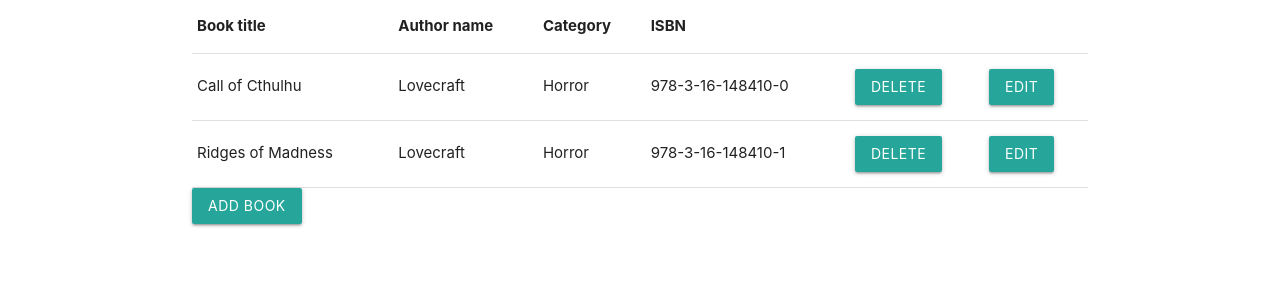
Repository: AlexanderBil/bookShalf
Page: /
An editor plug-in stored every save of this project. The page is shown before and after the next save, followed by the edit.
The browser window is 1280 px wide. The pictures show the whole page.
The project was rebuilt for these pictures with package versions that can differ from the ones it lists, and the page was loaded fresh each time. Also part of the build but not shown: src/components/AddBook.js, src/components/Edit.js, src/components/Modal.css.

Above is the page before, as saved 2021-06-27 20:17:01.

### public/index.html
<!DOCTYPE html>
<html lang="en">
  <head>
    <meta charset="utf-8" />
    <link rel="icon" href="%PUBLIC_URL%/favicon.ico" />
    <meta name="viewport" content="width=device-width, initial-scale=1" />
    <meta name="theme-color" content="#000000" />
    <meta
      name="description"
      content="Web site created using create-react-app"
    />
    <link rel="apple-touch-icon" href="%PUBLIC_URL%/logo192.png" />

    <link rel="manifest" href="%PUBLIC_URL%/manifest.json" />
    <link rel="stylesheet" href="https://cdnjs.cloudflare.com/ajax/libs/materialize/1.0.0/css/materialize.min.css">


    <title>React Book App</title>
  </head>
  <body>
    <noscript>You need to enable JavaScript to run this app.</noscript>
    <div id="root"></div>

  </body>
</html>

### src/index.css
body {
  margin: 0;
  font-family: -apple-system, BlinkMacSystemFont, 'Segoe UI', 'Roboto', 'Oxygen',
    'Ubuntu', 'Cantarell', 'Fira Sans', 'Droid Sans', 'Helvetica Neue',
    sans-serif;
  -webkit-font-smoothing: antialiased;
  -moz-osx-font-smoothing: grayscale;
}

/* .edit, .delete{
  margin: 15px 5px;
  display: table-cell;
  text-align: left;
  vertical-align: middle;
} */

### src/App.js
import {BrowserRouter as Router, Route, Switch, useHistory} from 'react-router-dom';
import {useState, useEffect} from 'react';

import {ListBook} from './components/ListBook';
import {AddBook} from './components/AddBook';
import {Edit} from './components/Edit'
import {Modal} from "./components/Modal"


function App() {
  const [books, setBooks] = useState([]);        // для компонента ListBook
  const [booksEdit, setBooksEdit] = useState({}) // для компонента Edit
  const [modal, setModal] = useState(false);

  const [dataform, setDataform] = useState({     // дял компонента AddBook
    name: '',
    author: '',
    category: '',
    isbn: '',
    id: 0,
  })

//заносим данні в books
useEffect(() => {
  fetch('./db.json')
  .then(data => data.json())
  .then(data => setBooks(data))
}, []);


// функція що заносить в стейт dataform, данні з форми компонента AddBook
const handleSubmit = (e) => {
  setDataform({...dataform, [e.target.name]: e.target.value})
}

// функція що заносить в стейт editForm, данні які ми міняєм в edit
const handleEdit = (e) => {
  setBooksEdit({...booksEdit, [e.target.name]: e.target.value})
}


// функція додавання книги для компонента AddBook
const addbook = () => {
  dataform.id = books.length+1;
  setBooks([...books, dataform])

  setModal(!modal)
}


// функція для створення редагування (по кліку на Edit заносим в стейт booksEdit книгу яка спывпадаэ з id кнопки)
  const editItem = (e) => {
   books.map(item => {
      if(item.id == e.target.id){
           setBooksEdit(item)
      }
    })
  }

// функція яка обнуляє стейт booksEdit при натисненні кнопки Back в компоненті Edit
  const deletetItem = () => {
    setBooksEdit({})
  }

// функція яка зберігає редаговані дані
const saveEditBook = () =>{
  let mas = []
  books.map (item => {
    if(item.id == booksEdit.id){
      mas.push(item = booksEdit)
    }
    if(item.id != booksEdit.id){
      mas.push(item)
    }
  })
  setBooks(mas)

  setModal(!modal)
}


  return (
    <>
    <Router>
      <main className = "container">
        <Switch>
          <Route exact path = '/' render = {() => <ListBook books = {books} editItem = {editItem} />}/>
          <Route  path = '/addbook' render = { () => <AddBook handleSubmit = {handleSubmit} addbook = {addbook} books = {books} /> }/>
          <Route  path = '/edit' render = {() => <Edit booksEdit = {booksEdit} deletetItem = {deletetItem} handleEdit = {handleEdit} saveEditBook ={saveEditBook} />}/>

        </Switch>
        <Modal modal={modal} />
      </main>
    </Router>

  </>
  );
}

export default App;

### src/components/ListBook.js
import {useState, useEffect} from 'react';
import {Link} from 'react-router-dom';

function ListBook(props){

  const {books, editItem} = props;
  const [booksList, setBooksList] = useState([]);

// кладем в стейт booksList, книги
  useEffect(() => {
    setBooksList(books)
  }, [books]);

   // функція видалення книги
  const removeItem = (e) => {
    setBooksList(booksList.filter(item => item.id != e.target.id))
  }


    return (
        <div className = 'dashboard'>

     <table className = "responsive-table">
        <thead className = "centered">
          <tr>
              <th>Book title</th>
              <th>Author name</th>
              <th>Category</th>
              <th>ISBN</th>
          </tr>
        </thead>

          {booksList.map(item =>
             <tbody key = {item.id} className = "centered">
                <tr >
                  <td>{item.name}</td>
                  <td>{item.author}</td>
                  <td>{item.category}</td>
                  <td>{item.isbn}</td>
                  <td><button onClick = {removeItem} className = "btn delete" id = {item.id}>Delete</button></td>
                  <td><Link to = '/edit'><button onClick = {editItem}  className = "btn edit" id = {item.id}>Edit</button></Link></td>
                </tr>
          </tbody>
          )}
     </table>
       <Link to = '/addbook'> <button className = "btn">Add Book</button> </Link>
       </div>
    )
  }
  export {ListBook}

### src/components/Modal.js
import {useState, useEffect} from 'react';
import {Link} from 'react-router-dom';
import React from "react";
import './Modal.css';

function Modal (props) {
  const {modal} = props;
  const [close, setClose] = useState(true);

  useEffect(() => {
    setClose(modal)
  }, [modal])

  function closeModal(){
    setClose(!close)
  }
  return(
    close && (
    <div className = "myModal">
        <div className = "overlay"></div>
          <div className = "modal-content">
            <div className = "modal-content-center">
                <div className = "title">Change complited</div>
                <Link to = '/'> <button className = "btn close" onClick={closeModal}>Close</button> </Link>
            </div>
        </div>
    </div>
    )
  )
}

export {Modal}

### public/db.json
 [{
        "id": 1,
        "name": "Call of Cthulhu",
        "author": "Lovecraft",
        "category": "Horror",
        "isbn": "978-3-16-148410-0"
    }, {
        "id": 2,
        "name": "Ridges of Madness ",
        "author": "Lovecraft",
        "category": "Horror",
        "isbn": "978-3-16-148410-1"
    }
]

Loaded but not shown: src/index.js (common file)

After the next save:
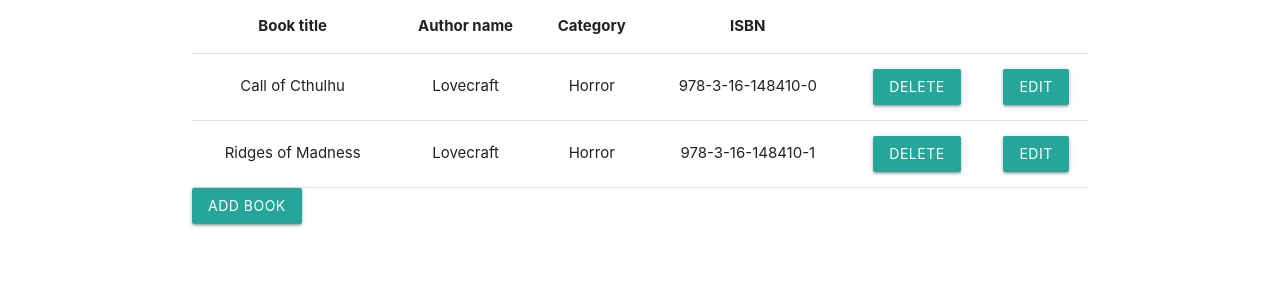
Saved 7 s later.
--- a/src/components/ListBook.js
+++ b/src/components/ListBook.js
@@ -20,7 +20,7 @@
     return (
         <div className = 'dashboard'>
 
-     <table className = "responsive-table">
+     <table className = "centered">
         <thead className = "centered">
           <tr>
               <th>Book title</th>

After the 6 saves that followed:
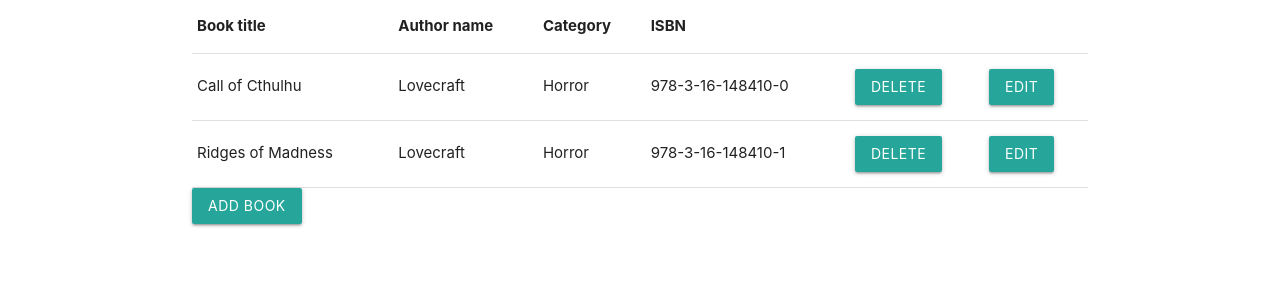
The 6 saves are shown as one change because 4 left the picture as it was and some came seconds apart.
The last was saved 3 min 19 s later.
--- a/src/components/ListBook.js
+++ b/src/components/ListBook.js
@@ -18,33 +18,33 @@
 
 
     return (
-        <div className = 'dashboard'>
+      <div className = 'dashboard'>
 
-     <table className = "centered">
-        <thead className = "centered">
-          <tr>
-              <th>Book title</th>
-              <th>Author name</th>
-              <th>Category</th>
-              <th>ISBN</th>
-          </tr>
-        </thead>
+        <table className = "highlight">
+            <thead className = "highlight">
+              <tr>
+                  <th>Book title</th>
+                  <th>Author name</th>
+                  <th>Category</th>
+                  <th>ISBN</th>
+              </tr>
+            </thead>
 
-          {booksList.map(item =>
-             <tbody key = {item.id} className = "centered">
-                <tr >
-                  <td>{item.name}</td>
-                  <td>{item.author}</td>
-                  <td>{item.category}</td>
-                  <td>{item.isbn}</td>
-                  <td><button onClick = {removeItem} className = "btn delete" id = {item.id}>Delete</button></td>
-                  <td><Link to = '/edit'><button onClick = {editItem}  className = "btn edit" id = {item.id}>Edit</button></Link></td>
-                </tr>
-          </tbody>
-          )}
-     </table>
+              {booksList.map(item =>
+                <tbody key = {item.id} className = "highlight">
+                    <tr >
+                      <td>{item.name}</td>
+                      <td>{item.author}</td>
+                      <td>{item.category}</td>
+                      <td>{item.isbn}</td>
+                      <td><button onClick = {removeItem} className = "btn delete" id = {item.id}>Delete</button></td>
+                      <td><Link to = '/edit'><button onClick = {editItem}  className = "btn edit" id = {item.id}>Edit</button></Link></td>
+                    </tr>
+              </tbody>
+              )}
+        </table>
        <Link to = '/addbook'> <button className = "btn">Add Book</button> </Link>
-       </div>
+    </div>
     )
   }
   export {ListBook}
